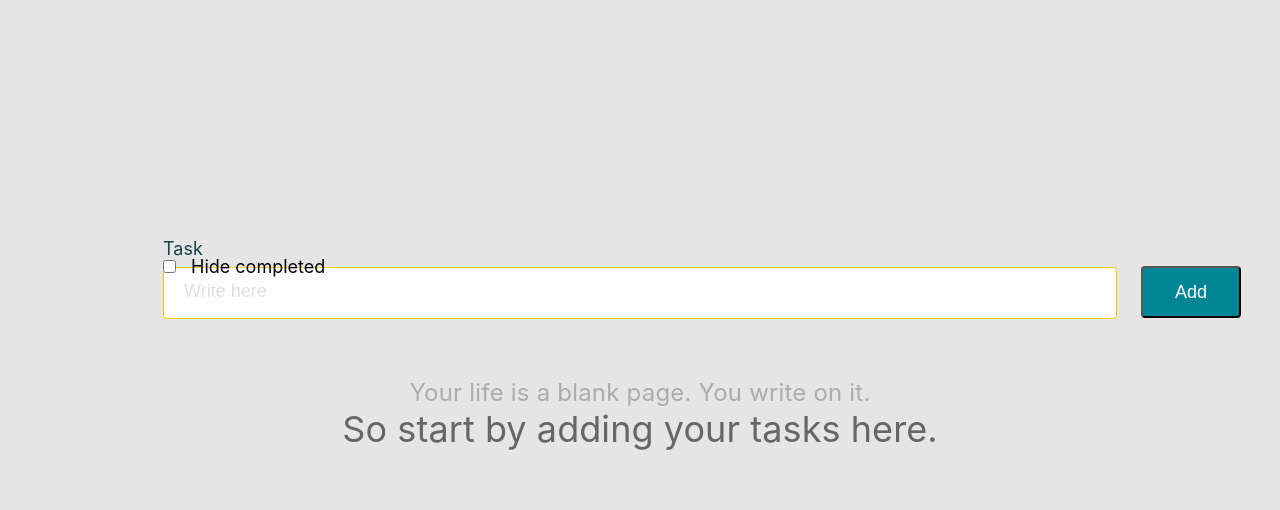
Repository: ArusyakAghajanyan/ToDoMamble
Page: /
The author's editor kept a copy of each file at every save. The page is drawn from the files as they stood at one save, then again after the next save.
The browser window is 1280 px wide. The pictures show the whole page.
The project was rebuilt for these pictures with package versions that can differ from the ones it lists, and the page was loaded fresh each time. Also part of the build but not shown: src/components/toDoItem.css, src/components/ToDoItem.jsx, src/components/confirm.css, src/components/Confirm.jsx.

Above is the page before, as saved 2022-05-25 14:30:58.

### public/index.html
<!DOCTYPE html>
<html lang="en">
  <head>
    <meta charset="utf-8" />
    <link rel="icon" href="%PUBLIC_URL%/favicon.ico" />
    <link rel="icon" href="https://cdnjs.cloudflare.com/ajax/libs/font-awesome/6.1.1/css/all.min.css" />
    <meta name="viewport" content="width=device-width, initial-scale=1" />
    <meta name="theme-color" content="#000000" />
    <meta
      name="description"
      content="Web site created using create-react-app"
    />
    <link rel="apple-touch-icon" href="%PUBLIC_URL%/logo192.png" />
    <!--
      manifest.json provides metadata used when your web app is installed on a
      user's mobile device or desktop. See https://developers.google.com/web/fundamentals/web-app-manifest/
    -->
    <link rel="manifest" href="%PUBLIC_URL%/manifest.json" />
    <!--
      Notice the use of %PUBLIC_URL% in the tags above.
      It will be replaced with the URL of the `public` folder during the build.
      Only files inside the `public` folder can be referenced from the HTML.

      Unlike "/favicon.ico" or "favicon.ico", "%PUBLIC_URL%/favicon.ico" will
      work correctly both with client-side routing and a non-root public URL.
      Learn how to configure a non-root public URL by running `npm run build`.
    -->
    <title>React App</title>
  </head>
  <body>
    <noscript>You need to enable JavaScript to run this app.</noscript>
    <div id="root"></div>
    <!--
      This HTML file is a template.
      If you open it directly in the browser, you will see an empty page.

      You can add webfonts, meta tags, or analytics to this file.
      The build step will place the bundled scripts into the <body> tag.

      To begin the development, run `npm start` or `yarn start`.
      To create a production bundle, use `npm run build` or `yarn build`.
    -->
  </body>
</html>

### src/index.css
body {

    /* min-width: 230px; */
    max-width: 1440px;


  margin: 0;
  font-family: -apple-system, BlinkMacSystemFont, 'Segoe UI', 'Roboto', 'Oxygen',
    'Ubuntu', 'Cantarell', 'Fira Sans', 'Droid Sans', 'Helvetica Neue',
    sans-serif;
  -webkit-font-smoothing: antialiased;
  -moz-osx-font-smoothing: grayscale;
}

code {
  font-family: source-code-pro, Menlo, Monaco, Consolas, 'Courier New',
    monospace;
}

### src/App.js

import './App.css';
import AddItem from './components/AddItem';
import ToDoList from './components/ToDoList';
import Confirm from './components/Confirm';
import {useState,useEffect} from 'react'


function App() {
  const [todo, setTodo]=useState([]);
  const [filteredTodo,setFilteredTodo]=useState([]);
  const [modal, setModal] = useState(false);
const [confirmStatus, setConfirmStatus] = useState(false);
  const [deleteItem, setDeletItem] = useState({});

  function modalStatus(status, item){
    console.log(status, item);
    setModal(status);
    setDeletItem(item);

  }
  function confirmDelete(status){
    console.log("deletestatus=", status);
    if(status === "no") {
      setConfirmStatus(false);
      setModal(false);
    }else if (status === "yes"){
      setConfirmStatus(true);
      setModal(false)
    }
  }
  function filter(check){
    if(check){
      setFilteredTodo(todo.filter(td => td.isCompleted))
    }else{
      setFilteredTodo([]);
    }
  }

  useEffect(()=>{
    console.log("confirmStatus=", confirmStatus);
    if(confirmStatus){
      setTodo(todo.filter(value => value.id !== deleteItem.id));
      setDeletItem({});
    }
    setConfirmStatus(false);
      console.log(modal);

  },[confirmStatus])

useEffect(() => {
  let todos;
  let storageData = localStorage.getItem("todos");
  if(storageData !== "undefined"){
    todos = JSON.parse(storageData);
  }
  if(todos) setTodo(todos);
}, [])

useEffect(() => {
 if(todo.length > 0) localStorage.setItem("todos",JSON.stringify(todo))
 if(todo.length == 0) localStorage.clear();
}, [todo])

  return (
    <div className="App">
    <div className="checkContainer">
  <div className="filterDiv">
    <input id="filter" type="checkbox" onChange={(e)=>{
      filter(e.target.checked)
      }} />

      <label htmlFor="filter" className="chkbox">
      Hide completed
      </label>
      </div>
      <div className="addContainer">
        <AddItem onAdd={(text)=>{
        setTodo([{
          id:Math.random(),
          text:text,
          isCompleted:false
        },...todo])
      }}/>


      <ToDoList
      todo={filteredTodo.length > 0 ? todo.filter(td => !td.isCompleted):todo}
      modalStatus={modalStatus}
      onChange={(newItem)=>{
      setTodo(todo.map(td=>{
        if(td.id==newItem.id){
          return newItem
        }
        return td
      }))
      }}
      />
       { modal && <Confirm confirmDelete={confirmDelete} modalStatus={modalStatus}/>}
    </div>
    </div>
    </div>
  );
}

export default App;

### src/App.css
*{
  margin: 0;
  padding: 0;
  box-sizing: border-box;
}


.App {
  display: flex;
  align-items: center;
  justify-content: center;
  position: relative;
  margin: 256px 0 40px 0;

}

.chkbox{
  padding-left: 15px;
  font-size: 18px;


}

.checkContainer{
  /* position: absolute; */
display: flex;
flex-direction: column;


}
/* .checkmark{
  background-color: #E5E5E5;
} */

.filterDiv{

  position: absolute;
justify-content: flex-end;
float: right;


}
/* input[type="checkbox"]{
  appearance: none;
  -webkit-appearance: none;
  height: 18px;
  width: 18px;
  background-color: #FFFFFF;
  border-radius: 3px;
  cursor: pointer;


  outline: none;

}
input[type="checkbox"]::after{
  font-family: "Font Awesome 6.1.1 Free";
 font-weight: 900;
  content: "\f00c";
  font-size: 18px;
  color: white;
  display: none;
}
input[type="checkbox"]:checked{
background-color: #008594;
}
input[type="checkbox"]:checked:after{
  display: block;
  } */

### src/components/AddItem.jsx
import {React, useState, useEffect, useRef} from 'react'
import './addItem.css'

export default function AddItem({onAdd}) {
    const [text, setText] = useState("");
    const[errorMes,setErrorMes] = useState("");
    const inputText = useRef(0);
    let validText = "";
    useEffect(() => {
        inputText.current.addEventListener("keyup",(e)=>{
            let id=setTimeout(()=>{
            validText = e.target.value;
            if(validText.length >= 54 ){
             setErrorMes("Task content can contain max 54 characters.")
            } else {
                setErrorMes("");
                setText(validText);
            }
            },1000);
            return () => clearTimeout(id)
        })
    }, [text])

    return (

      <form
      className="formTask"
      onSubmit={(e)=>{
          e.preventDefault();
          if(errorMes==="" && text !=="") onAdd(text);
          if(errorMes==="") setText("");
      }}>
      <div id="formDiv">
       <div className="inputDiv">
            <label className="taskLabel" htmlFor="inputText"> Task
            </label>
            <input
            id="inputText"
            type="text"
            style={errorMes ? {borderColor: 'red'} : {borderColor:'#FFCD04'}}
            ref= {inputText}
             value={text}
             placeholder="Write here"
            onChange={(e)=>{
            setText(e.target.value)
            }}/>
            <p>{errorMes}</p>
            </div>
        <div className="formBut">
            <button className="addbut">Add</button>
                   </div>
            </div>
         </form>

    )
}

### src/components/ToDoList.jsx
import React from 'react';
import ToDoItem from './ToDoItem'
import './toDoList.css'
export default function ToDoList({todo,modalStatus,onChange}) {
    return (
        <div>
           {todo && todo.length > 0 ? todo.map(item=>{
               return (
<ToDoItem
key={item.id}
item = {item}
modalStatus={modalStatus}
onChange={onChange}
/>
               )
           })
           :
            <div className='listText'>
            <p className="firstP">Your life is a blank page. You write on it.</p>
            <p className="secondP">So start by adding your tasks here.</p>
            </div>
        }
        </div>
    )
}

### src/components/addItem.css

.addbut {
  background-color: #008594;
  color: #ffffff;
  font-size: 18px;
  width: 100px;
  height: 52px;
  margin-top: 20px;

  border-radius: 4px;
  text-align:center
}
#formDiv {
  display: flex;

  align-items: center;
  height: 52px;
  /* margin-left: 80px; */

}
#inputText {
  /* position: center; */
  width: 954px;
  padding: 12px 20px;
  margin: 8px 0;
  border: 1px solid #ffcd04;
  outline: none;
  height: 52px;
  margin-right: 24px;
  border-radius: 4px;
}
.taskLabel {
  color: #174348;
  font-size: 18px;
}
#inputText:hover {
  border: 1px solid rgb(90, 10, 90);
}
input::placeholder {
  color: #dfdfdf;
  font-size: 18px;
}
/* .taskLabel {
  float: left;
} */
.formTask {
  width: 954px;
}

### src/components/toDoList.css

 body{
     background-color:  #E5E5E5;
 }

 .listText{
          display: flex;

justify-content: center;
align-items: center;
flex-direction: column;
margin-top: 70px;

 }
.firstP{
 color: #ACACAC;
font-size: 24px;
letter-spacing: 0.2px;
}
.secondP{
    color: #666666;
font-size: 36px;
letter-spacing: 0.002em;

}

Loaded but not shown: src/index.js (common file); src/reportWebVitals.js (common file)

After the next save:
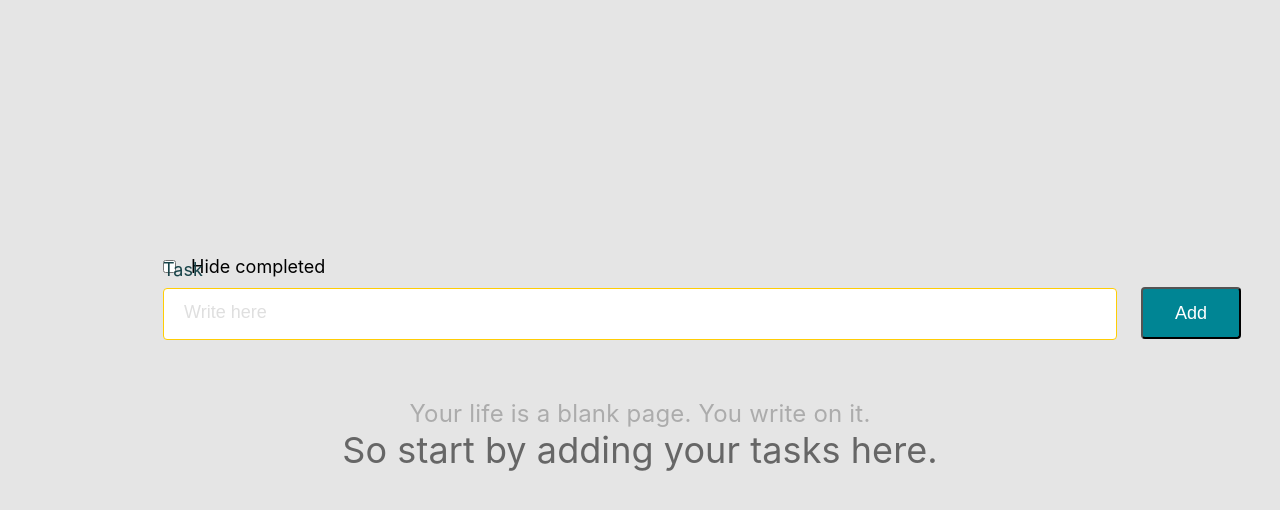
Saved 18 s later.
--- a/src/App.css
+++ b/src/App.css
@@ -33,8 +33,8 @@ flex-direction: column;
 } */
 
 .filterDiv{
-
-  position: absolute;
+/*
+  position: absolute; */
 justify-content: flex-end;
 float: right;
 
